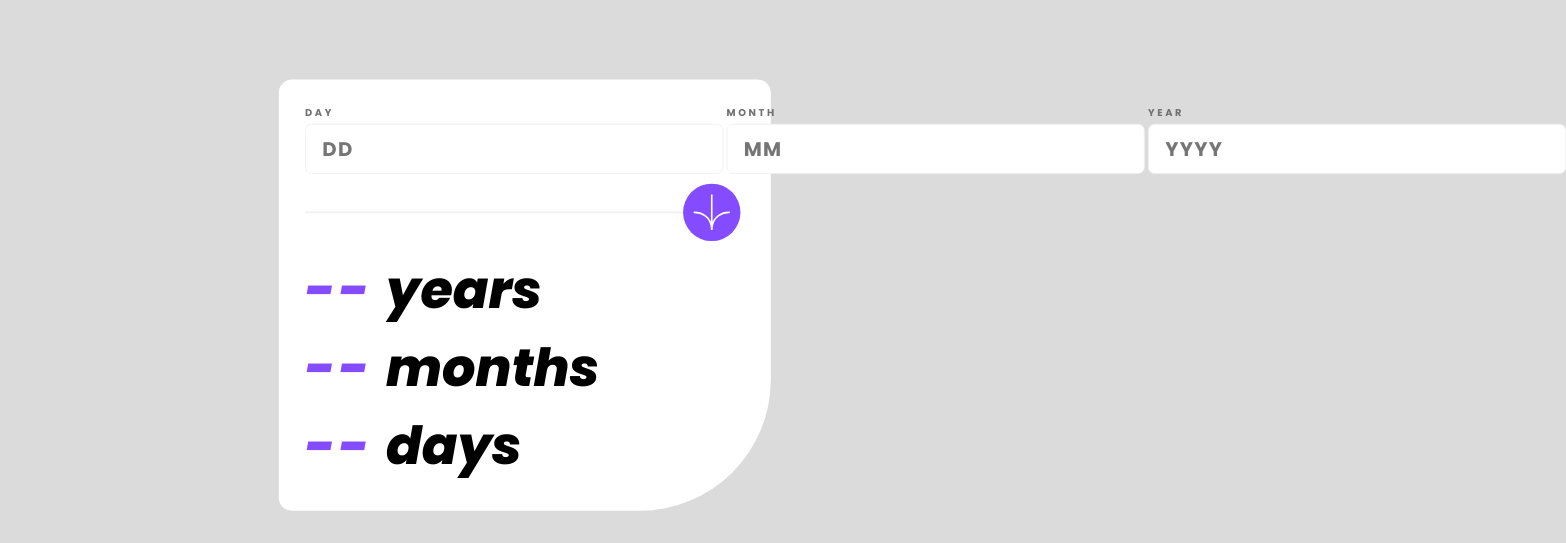
Repository: blordeus/age-calculator-app
Page: /
The author's editor kept a copy of each file at every save. The page is drawn from the files as they stood at one save, then again after the next save.
The browser window is 1280 px wide. The page is 1910 px wide, then 1280 px, so the pictures cover 1910 px, including what lies to the right of the window. The pictures show the whole page, at 82% of full size.
The project was rebuilt for these pictures with package versions that can differ from the ones it lists, and the page was loaded fresh each time.

Above is the page before, as saved 2023-08-23 16:13:05.

### src/App.js
 import { useState } from "react";
 import "./style.css";

 import arrowIcon from './images/icon-arrow.svg'

const App = () => {
  const [formData, setFormData] = useState({
    day: "",
    month: "",
    year: "",
  });

  const [formErrors, setFormErrors] = useState({
    day: "",
    month: "",
    year: "",
    generic: "",
  });

  const [output, setOutput] = useState({
    days: "",
    months: "",
    years: "",
  });

  const hasErrors = formErrors.day || formErrors.month || formErrors.year || formErrors.generic;

  return (
    <div className="card-container">
      <div className="inputs-container">
      <div className="input-label-container">
        <label htmlFor="day" style={{
          color: hasErrors ? "hsl(0,100%,67%)" : "hsl(0,1%,44%)",
        }}>Day</label>
        <input
        type="number"
        id="day"
        placeholder="DD"
        min={1}
        value={formData.day}
        style={{
          border: hasErrors
          ? '1px solid hsl(0,100%,67%)'
          : '1px solid hsl(0,0%,94%)'
        }}
        onChange={(e) =>
        setFormData((prevState) =>
        ({...prevState,
          day:e.target.value}))}
        />
        {formErrors.day && <p className="error">{formErrors.day}</p>}
      </div>

      <div className="input-label-container">
        <label htmlFor="month" style={{
          color: hasErrors ? "hsl(0,100%,67%)" : "hsl(0,1%,44%)",
        }}>Month</label>
        <input
        type="number"
        id="day"
        placeholder="MM"
        min={1}
        value={formData.month}
        style={{
          border: hasErrors
          ? '1px solid hsl(0,100%,67%)'
          : '1px solid hsl(0,0%,94%)'
        }}
        onChange={(e) =>
        setFormData((prevState) =>
        ({...prevState,
          month:e.target.value}))}
        />
        {formErrors.month && <p className="error">{formErrors.month}</p>}
      </div>

      <div className="input-label-container">
        <label htmlFor="year" style={{
          color: hasErrors ? "hsl(0,100%,67%)" : "hsl(0,1%,44%)",
        }}>Year</label>
        <input
        type="number"
        id="year"
        placeholder="YYYY"
        min={1}
        value={formData.year}
        style={{
          border: hasErrors
          ? '1px solid hsl(0,100%,67%)'
          : '1px solid hsl(0,0%,94%)'
        }}
        onChange={(e) =>
        setFormData((prevState) =>
        ({...prevState,
          year:e.target.value}))}
        />
        {formErrors.year && <p className="error">{formErrors.year}</p>}
      </div>
    </div>

    {formErrors.generic && (
      <p className="error generic">{formErrors.generic}</p>
    )}

<div className="divider-container">
  <div className="divider"></div>

  <button className="btn" onClick={() => null}>
    <img src={arrowIcon} alt="arrowIcon" />
  </button>
</div>

<div className="output-container">
  <h1>
    <span className="highlighted">
    {output.years === "" ? '--' : output.years}{" "}
    </span>
    {output.years === 1 ? 'year' : "years"}
    </h1>

    <h1>
    <span className="highlighted">
    {output.months === "" ? '--' : output.months}{" "}
    </span>
    {output.months === 1 ? 'month' : "months"}
    </h1>

    <h1>
    <span className="highlighted">
    {output.days === "" ? '--' : output.days}{" "}
    </span>
    {output.days === 1 ? 'day' : "days"}
    </h1>
</div>
    </div>
  );
};

export default App;

### src/style.css
@import url("https://fonts.googleapis.com/css2?family=Poppins:ital,wght@0,700;1,400;1,800&display=swap");

* {
  box-sizing: border-box;
  margin: 0;
  padding: 0;
  font-family: "Poppins", sans-serif;
}

:root {
  --Purple: hsl(259, 100%, 65%);
  --Light-red: hsl(0, 100%, 67%);
  --White: hsl(0, 0%, 100%);
  --Off-white: hsl(0, 0%, 94%);
  --Light-grey: hsl(0, 0%, 86%);
  --Smokey-grey: hsl(0, 1%, 44%);
  --Off-black: hsl(0, 0%, 8%);
}

body {
  background-color: var(--Light-grey);
  min-height: 100vh;
  display: flex;
  align-items: center;
  justify-content: center;
}

.card-container {
  width: 600px;
  border-radius: 1rem 1rem 10rem 1rem;
  background-color: var(--White);
  padding: 2rem;
  max-width: 100vw;
  margin-top: 1rem;
  margin-bottom: 1rem;
}

.inputs-container {
  display: flex;
  gap: 0.25rem;
}

.input-label-container {
  display: flex;
  flex-direction: column;
  gap: 0.25rem;
  flex: 1;
}

.input-label-container label {
  text-transform: uppercase;
  font-size: 0.75rem;
  letter-spacing: 0.2rem;
}

.input-label-container input {
  width: 130opx;
  padding: 0.75rem 1rem 0.75rem 1.25rem;
  font-size: 1.5rem;
  color: var(--Off-black);
  border-radius: 0.5rem;
  outline: none;
  letter-spacing: 0.1rem;
}

.error {
  color: var(--Light-red);
  font-weight: 400;
  font-style: italic;
  margin-top: 0.25rem;
  letter-spacing: 0.1rem;
  font-size: 0.75rem;
}

.error.generic {
  margin-top: 0.5rem;
}

.divider-container {
  display: flex;
  align-items: center;
  margin-top: 0.75rem;
  margin-bottom: 0.75rem;
}

.divider {
  height: 2px;
  background-color: var(--Off-white);
  width: 86%;
}

.btn {
  width: 70px;
  height: 70px;
  border-radius: 50%;
  background-color: var(--Purple);
  border:none;
  cursor: pointer;
  display: flex;
  align-items: center;
  justify-content: center;
}

.btn:hover {
  background-color: var(--Off-Black);
}

.output-container h1 {
  font-size: 4rem;
  font-weight: 800;
  font-style: italic;
}

.output-container .highlighted {
  color: var(--Purple);
  letter-spacing: 0.25rem;
}

@media only screen and (max-width: 620px) {
  .divider-container {
    display: block;
    position: relative;
    margin-top: 3rem;
    margin-bottom: 3rem;
  }

  .divider {
  width: 100%;
}

.btn {
  position: absolute;
  left: 50%;
  top: 50%;
  transform: translate(-50%, -50%);
}

.inputs-container {
  gap: 0.85rem;
}

.input-label-container input {
  font-size: 1rem;
}

.output-container h1 {
  font-size: 2.5rem;
}
}

@media only screen and (max-width: 530px) {
.inputs-container {
  flex-direction: column;
}

.input-label-container {
  width: 100%;
}

.input-label-container input {
  width: 100%;
}

.card-container {
  border-radius: 1rem 1rem 5rem 1rem;
}
}

Loaded but not shown: src/index.js (common file)

After the next save:
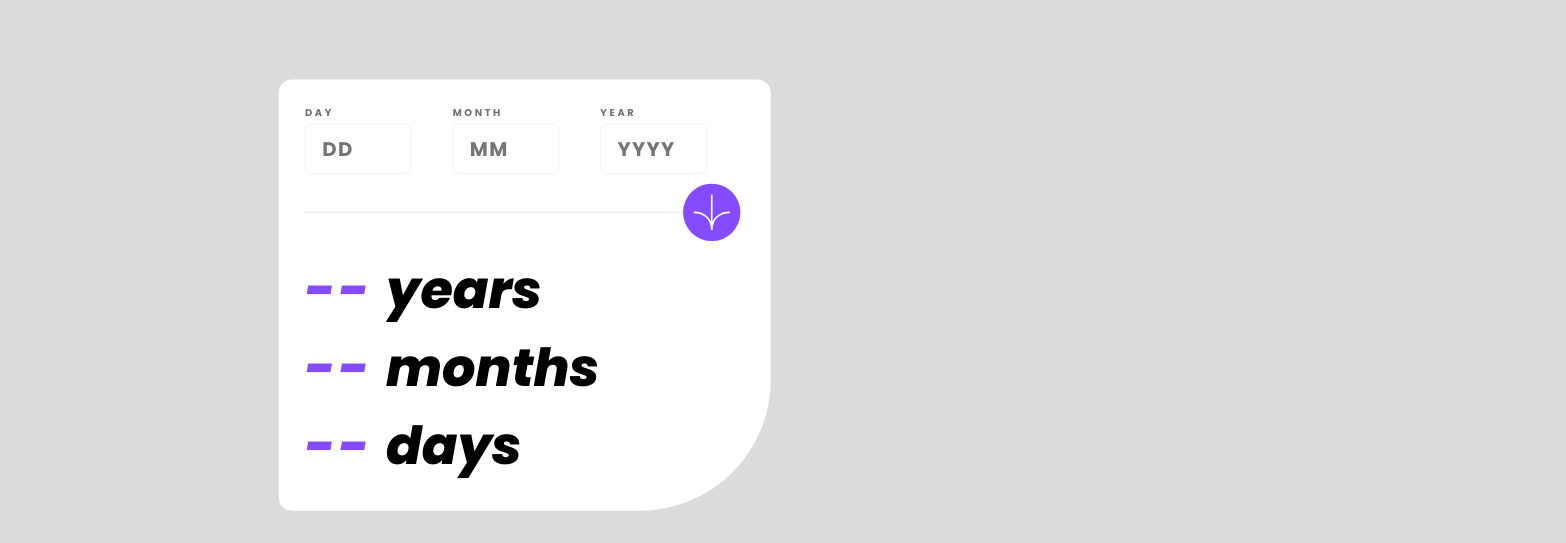
Saved 71 s later.
--- a/src/style.css
+++ b/src/style.css
@@ -54,7 +54,7 @@ body {
 }
 
 .input-label-container input {
-  width: 130opx;
+  width: 130px;
   padding: 0.75rem 1rem 0.75rem 1.25rem;
   font-size: 1.5rem;
   color: var(--Off-black);
